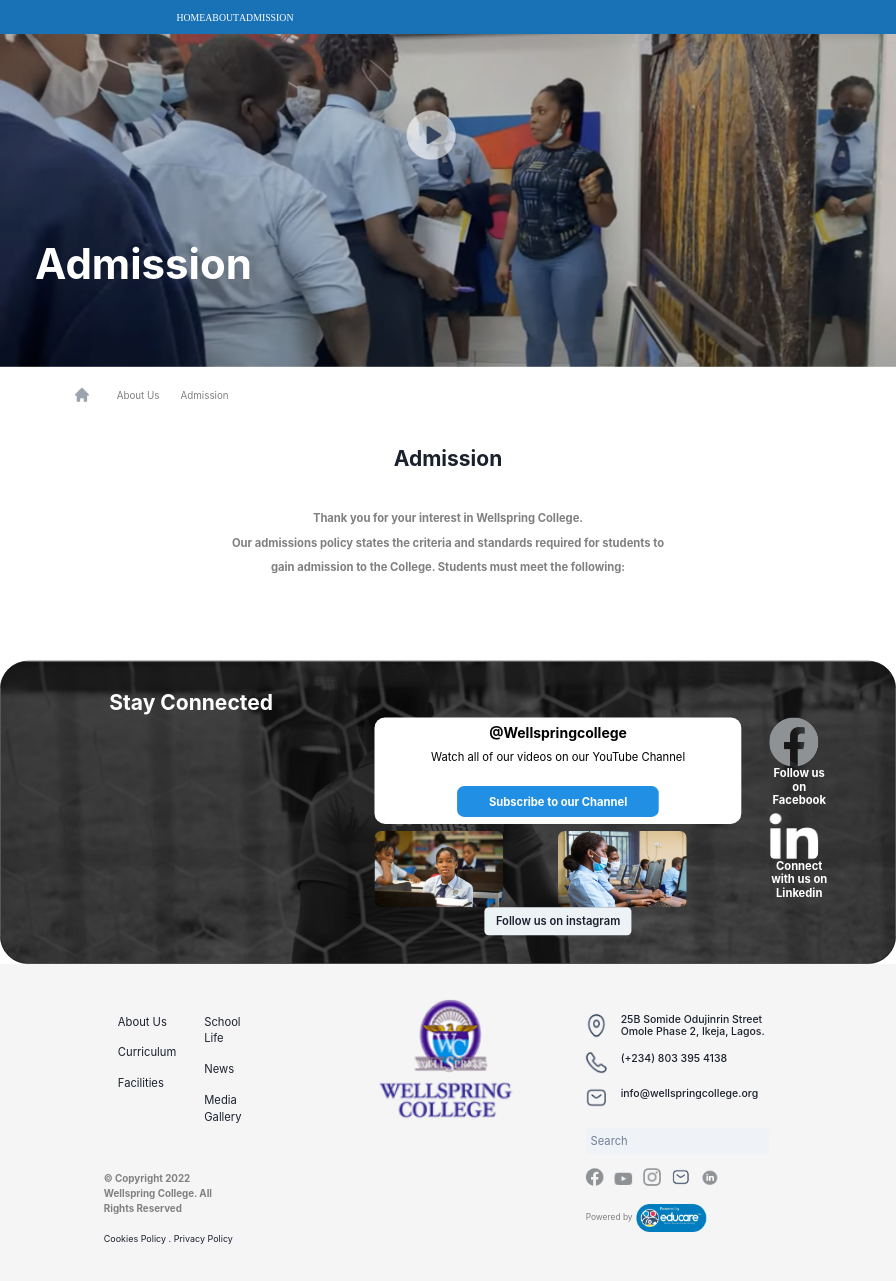
Repository: gr8skills/wellspring-school-forked
Page: /admission
The author's editor kept a copy of each file at every save. The page is drawn from the files as they stood at one save, then again after a run of saves.
The browser window is 1280 px wide. The pictures show the whole page, at 70% of full size.
The project was rebuilt for these pictures with package versions that can differ from the ones it lists, and the page was loaded fresh each time. Also part of the build but not shown: src/components/Navbar/Dropdown.scss, src/components/Navbar/Dropdown.js, src/components/Testimonials/Testimonials.js, src/components/Calendar/Calendar.js, src/components/News/News.js, src/components/WhyWellspring/_why-wellspring.scss, src/components/WhyWellspring/WhyWellspring.js, src/components/AppTab/AppTab.js and 9 more.

Above is the page before, as saved 2022-12-06 17:45:26.

After the next 3 saves:
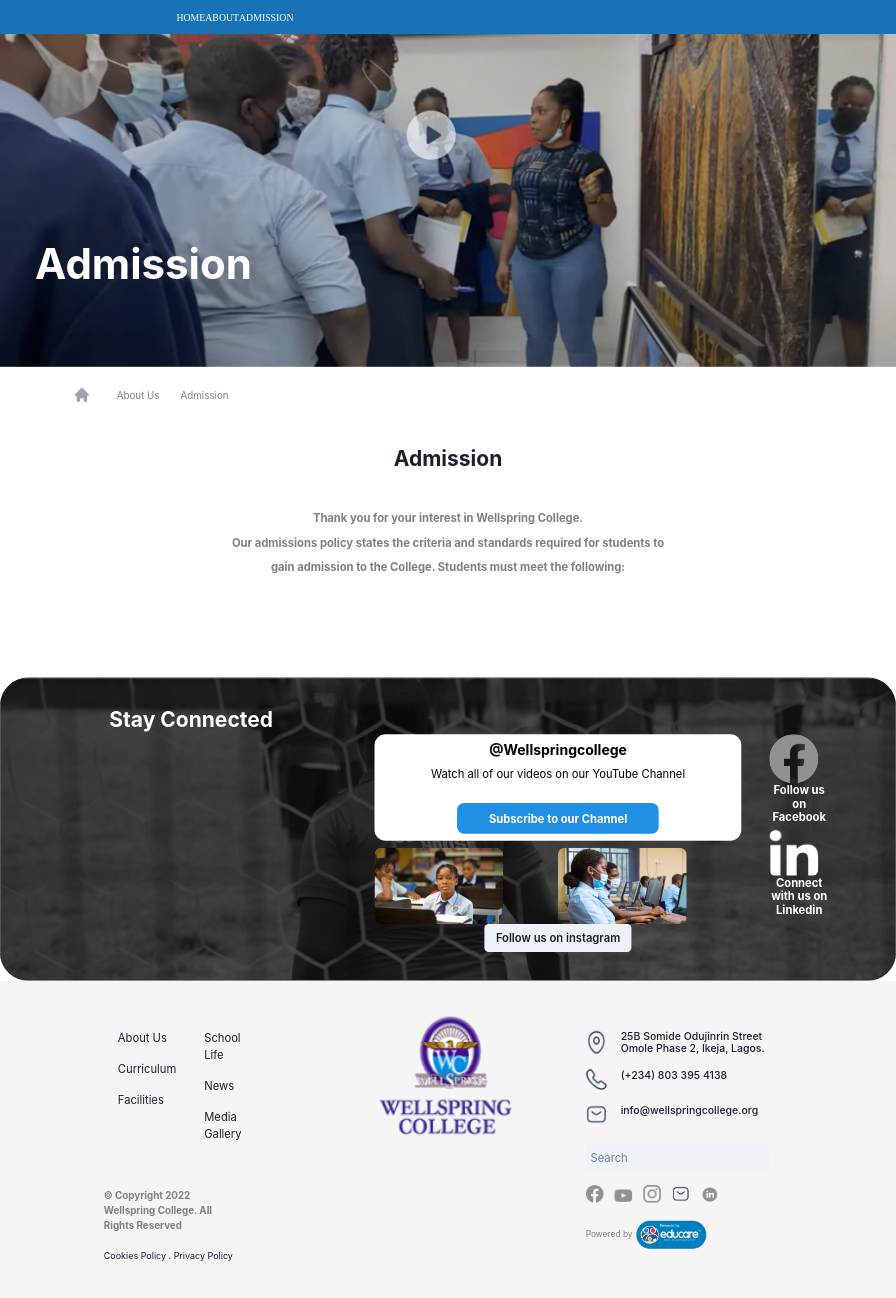
The 3 saves are shown as one change because they came seconds apart.
The last was saved 12 s later.
--- a/src/pages/Admission/Admission.js
+++ b/src/pages/Admission/Admission.js
@@ -33,17 +33,19 @@
         <div className="col-md-3">&nbsp;</div>
         <div className="page-body col-md-6 ">
           <Heading size="lg" mb="50px" mt="30px">
-        Admission
+            Admission
           </Heading>
           <p style={{ lineHeight: "35px" }}>
-            Thank you for your interest in Wellspring College.<br /> Our admissions
-            policy states the criteria and standards required for students to
-            gain admission to the College. Students must meet the following:
+            Thank you for your interest in Wellspring College.
+            <br /> Our admissions policy states the criteria and standards
+            required for students to gain admission to the College. Students
+            must meet the following:
           </p>
         </div>
       </div>
       <div className="col-md-12 flexy">
-
+        <div className="col-md-3">&nbsp;</div>
+        <div className="col-md-3">&nbsp;</div>
       </div>
 
       <StayConnected />
